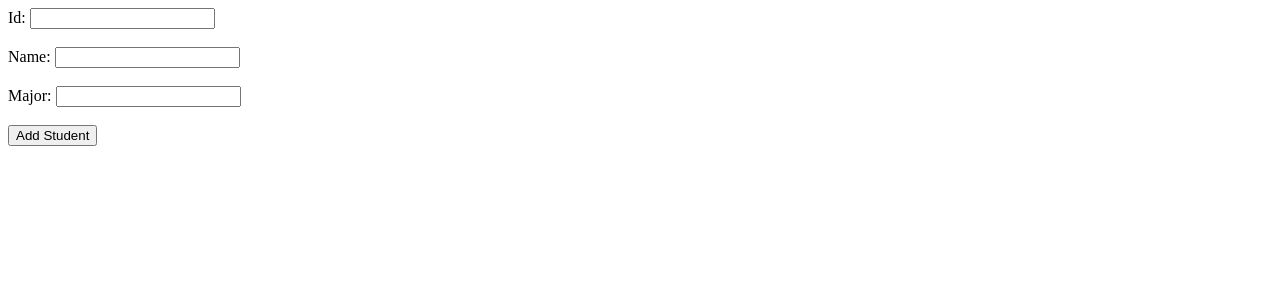
Repository: RevatureSteve/Java
Page: Week_4_JavaScript/JavaScriptClassExamples/WebContent/form.html
The author's editor kept a copy of each file at every save. The page is drawn from the files as they stood at one save, then again after the next save.
The browser window is 1280 px wide. The pictures show the whole page.

Above is the page before, as saved 2016-09-07 18:55:05.

### Week_4_JavaScript/JavaScriptClassExamples/WebContent/form.html
<!DOCTYPE html>
<html>
<head>
<meta charset="ISO-8859-1">
<title>Add Students</title>
</head>
<body>

Id: <input type="text" id="t_id" /><br /> <br />

Name: <input type="text" id="t_name" /> <br /> <br />

Major: <input type="text" id="t_major" /><br /> <br />

<button id="add">Add Student</button>



</body>
</html>

After the next save:
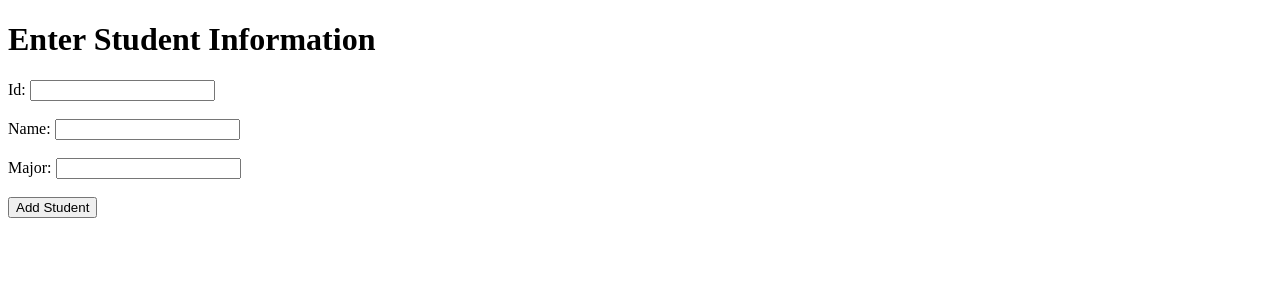
Saved 19 s later.
--- a/Week_4_JavaScript/JavaScriptClassExamples/WebContent/form.html
+++ b/Week_4_JavaScript/JavaScriptClassExamples/WebContent/form.html
@@ -5,7 +5,7 @@
 <title>Add Students</title>
 </head>
 <body>
-
+<h1> Enter Student Information</h1>
 Id: <input type="text" id="t_id" /><br /> <br />
 
 Name: <input type="text" id="t_name" /> <br /> <br />
